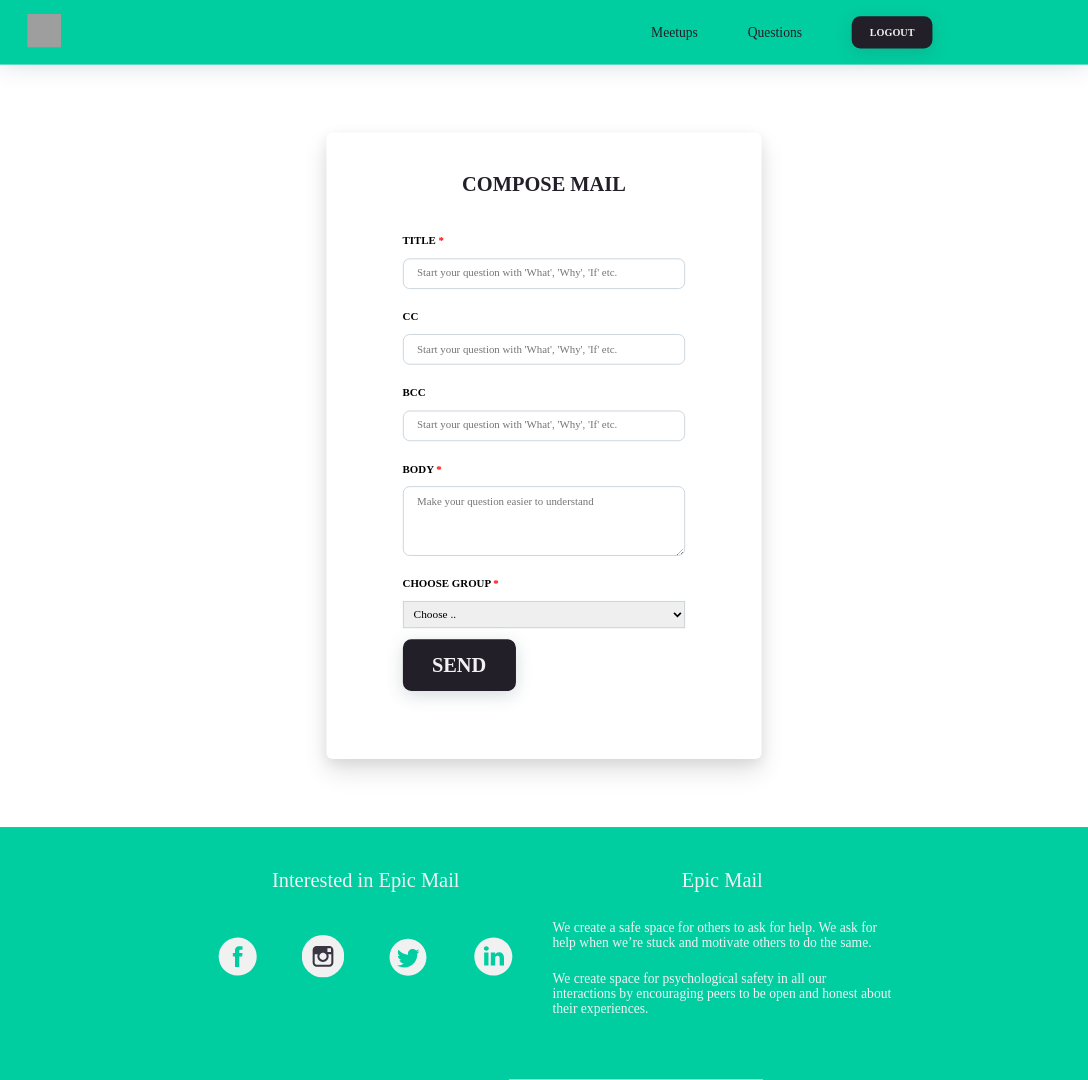
Repository: Gfreedoms/Epic-Mail
Page: pages/group-messages.html
The author's editor kept a copy of each file at every save. The page is drawn from the files as they stood at one save, then again after the next save.
The browser window is 1280 px wide. The pictures show the whole page, at 85% of full size.
Pictures or frames that could not be fetched are drawn as grey boxes. Some web fonts or font styles are not loaded; a fallback is used.

Above is the page before, as saved 2019-02-27 07:50:11.

### pages/group-messages.html
<!DOCTYPE html>
<html lang="en">

<head>
	<meta charset="UTF-8">
	<meta name="viewport" content="width=device-width, initial-scale=1.0">
	<meta http-equiv="X-UA-Compatible" content="ie=edge">
	<link rel="apple-touch-icon" sizes="180x180" href="../assets/favicon/apple-touch-icon.png">
	<link rel="icon" type="image/png" sizes="32x32" href="../assets/favicon/favicon-32x32.png">
	<link rel="icon" type="image/png" sizes="16x16" href="../assets/favicon/favicon-16x16.png">
	<link rel="manifest" href="../assets/favicon/site.webmanifest">
	<link rel="mask-icon" href="../assets/favicon/safari-pinned-tab.svg" color="#5bbad5">
	<meta name="msapplication-TileColor" content="#da532c">
	<meta name="theme-color" content="#ffffff">
	<link rel="stylesheet" href="../styles/base.css">
	<link rel="stylesheet" href="../styles/format.css">
	<title> Epic Mail- ANDELA BOOTCAMP</title>
</head>

<body>
	<!-- Navigation Section Starts -->
	<section id="navigation">
		<nav class="navbar">
			<a href="../" id="nav-brand">
				<img src="../assets/imgs/logo.svg" alt="">
			</a>
			<ul class="nav-menu">
				<li class="visibility"><a class="hover-t" href="./login.html">Login</a></li>
				<li><a class="hover-t" href="./meetup.html">Meetups</a></li>
				<li><a class="hover-t" href="./questions.html">Questions</a></li>
				<li><a class="reg-btn box-sh-dark hover-lg" href="../">Logout</a></li>
			</ul>
			<a id="menu" href="">
				<img src="../assets/imgs/menu.svg" alt="">
			</a>
		</nav>
	</section>
	<!-- Navigation Section Ends -->

	<!-- SideBar Nav -->
	<ul id="sidebar" class="navbar-side side-hidden">
		<li><a href="./meetup.html">Meetups</a></li>
		<li><a href="./questions.html">Questions</a></li>
		<li><a class="" href="../">Logout</a></li>
	</ul>
	<!-- End SideBar Nav -->
	<section class="container w-auto">
		<div id="q-wrapper" class="card mauto m4 p3">
			<form action="/" method="POST">
				<div class="container">
					<h3 class="md-text">Compose Mail</h3>
					<div class="m1 input">
						<label class="m1" for="name">Title <span class="is-danger">*</span></label>
						<input class="p1 b-rsm" type="text" name="title" placeholder="Start your question with 'What', 'Why', 'If' etc.">
                    </div>

                    <div class="m1 input">
                            <label class="m1" for="name">Cc </label>
                            <input class="p1 b-rsm" type="text" name="title" placeholder="Start your question with 'What', 'Why', 'If' etc.">
                    </div>

                    <div class="m1 input">
                            <label class="m1" for="name">Bcc </label>
                            <input class="p1 b-rsm" type="text" name="title" placeholder="Start your question with 'What', 'Why', 'If' etc.">
                    </div>


					<div class="m1 input">
						<label class="m1" for="name"> Body <span class="is-danger">*</span></label>
						<textarea class="p1 b-rsm" name="description" placeholder="Make your question easier to understand" rows="4" cols="50"></textarea>
                    </div>


					<div class="m1 input">
						<label class="m1" for="name">Choose Group <span class="is-danger">*</span></label>
						<select name="selected-meetup" id="meetup">
							<option value="#">Choose ..</option>
							<option value="#meetup-1">Work</option>
							<option value="#meetup-2">Bitcoin</option>
							<option value="#meetup-3">Manchester United</option>
							<option value="#meetup-4">Andela fun</option>
						</select>
					</div>
					<div class="m2 input">
						<a class="btn sm box-sh-dark" href="./groups.html">Send</a>
					</div>
				</div>
			</form>
		</div>
	</section>

	<footer class="bg-secondary">
		<div class="container">
			<div class="info-about">
				<h3 class="md-text">Interested in Epic Mail</h3>
				<div class="social-links">
					<a href="#!"><img src="../assets/imgs/icons/facebook.svg" alt=""></a>
					<a href="#!"><img src="../assets/imgs/icons/instagram.svg" alt=""></a>
					<a href="#!"><img src="../assets/imgs/icons/twitter.svg" alt=""></a>
					<a href="#!"><img src="../assets/imgs/icons/linkedin.svg" alt=""></a>
				</div>
			</div>
			<div class="additional-info">
				<h3 class="md-text">Epic Mail</h3>
				<p class="sm-text">
					We create a safe space for others to ask for help.
					We ask for help when we’re stuck and motivate others to do the same.
				</p>
				<p class="sm-text">
					We create space for psychological safety in all our interactions by encouraging peers to be open and honest about
					their experiences.
				</p>
			</div>
		</div>
	</footer>
	<script src="../scripts/index.js"></script>
</body>

</html>

### styles/base.css
@import url('./fonts.css');

* {
	margin: 0;
	padding: 0;
	box-sizing: border-box;
}

a {
	color: #221F28;
	text-decoration: none;
}

#navigation {
	z-index: 1;
	background: #00cea0;
	/* background: #F1F1F2; */
	width: 100%;
	height: auto;
	padding: 1rem 2rem;
	box-shadow: 0 0 30px rgba(7, 51, 84, .17);
	-webkit-box-shadow: 0 0 30px rgba(7, 51, 84, .17);
	-moz-box-shadow: 0 0 30px rgba(7, 51, 84, .17);
}

#nav-brand img {
    height: 40px;
    width: 40px;
}

.navbar {
	display: grid;
	grid-template-columns: 20% 40%;
	grid-gap: 30%;
	align-items: center;
}

.navbar-side {
	height: 100%;
	background: #F1F1F2;
	position: absolute;
	z-index: 9999;
	width: 350px;
	/* box-shadow: 9px -1px 29px 1px; */
	box-shadow: 13px 0px 22px -10px rgba(35, 31, 41, 0.44);
	padding: 20px;
	list-style-type: none;
}

.navbar-side li {
	padding: 20px 10px;
}

.navbar-side li:hover {
	background: #221F28;
	color: #F1F1F2;
}

.navbar-side li:hover>a {
	color: #F1F1F2;
}

.navbar-side a {
	font-family: 'Circular-Book';
}

.navbar-side a:hover {
	color: #F1F1F2;
}

.side-hidden {
	margin-left: -390px;
	transition: all 0.3s ease-out;
}

.side-active {
	margin-left: 0px;
	transition: all 0.3s ease-in;
}

.nav-menu {
	list-style-type: none;
	display: flex;
	align-items: center;
}

.nav-menu li {
	justify-content: center;
	flex: auto;
	display: flex;
}

.nav-menu a {
	text-decoration: none;
}

.reg-btn {
	background: #221F28;
	color: #F1F1F2;
	padding: 0.8rem 1.2rem;
	line-height: 9px;
	font-weight: 600;
	text-transform: uppercase;
	font-size: 12px;
	border-radius: 10px;
	-webkit-border-radius: 10px;
	-moz-border-radius: 10px;
	display: block;
	transition: all .5s ease;
	-webkit-transition: all .5s ease;
	-moz-transition: all .5s ease;
	border: 2px solid #221F28;
}

.btn {
	background: #221F28;
	color: #F1F1F2;
	padding: 1.5rem 1rem;
	line-height: 9px;
	font-weight: 600;
	text-transform: uppercase;
	font-size: 1.5rem;
	border-radius: 10px;
	-webkit-border-radius: 10px;
	-moz-border-radius: 10px;
	display: block;
	transition: all .5s ease;
	-webkit-transition: all .5s ease;
	-moz-transition: all .5s ease;
	border: 2px solid #221F28;
	text-align: center;
}

.cta-btn {
	background: #F1F1F2;
	color: #221F28;
	font-family: 'Circular-Bold';
	margin: 2rem 0;
	padding: 0.8rem 1.2rem;
	line-height: 2rem;
	font-size: 2rem;
	font-weight: 600;
	text-transform: uppercase;
	font-size: 1rem;
	border-radius: 10px;
	-webkit-border-radius: 10px;
	-moz-border-radius: 10px;
	transition: all .5s ease;
	-webkit-transition: all .5s ease;
	-moz-transition: all .5s ease;
	border: 2px solid #F1F1F2;
}

.btn.sm {
	width: 40%
}

.box-sh-dark {
	-webkit-box-shadow: 0 5px 20px rgba(51, 73, 90, .2);
	box-shadow: 0 5px 20px rgba(51, 73, 90, .2);
}

#section-hero {
	padding-top: 130px;
	padding-bottom: 130px;
	background-color: #393541;
	background-image: url("data:[embedded picture, 478 characters]");
	background-attachment: fixed;
	background-size: cover;
	background-repeat: no-repeat;
	background-position: 50%;
	min-height: 600px;
	position: relative;
	width: 100%;
	display: flex;
	align-items: CENTER;
}

/* @media screen and (max-width:1680px) {} */

@media screen and (min-width: 1680px) {
	.rsvp span {
		padding: 1rem 1.4rem !important;
		color: white !important;
		border-radius: 6px !important;
		cursor: pointer !important;
	}

	.nav-menu a.hover-t {
		font-size: 1.7rem !important;
	}

	.meetups span {
		font-size: 1.4rem !important;
	}

	.m1 {
		margin-top: 3rem !important;
		margin-bottom: 0.6rem !important;
	}

	#section-hero {
		background-position: 50%;
	}

	.nav-menu a.hover-t {
		font-size: 1.3rem;
	}

	.nav-menu a {
		text-decoration: none;
		font-size: 1.1rem;
	}

	.reg-btn {
		padding: 1.5rem 1.6rem 1.5rem;
	}

	.bg-text {
		font-size: 4rem !important;
	}

	.md-text {
		font-size: 2.2rem !important;
		margin-bottom: 1rem !important;
	}

	.sm-text {
		font-size: 1.5rem !important;
	}
}

.container {
	width: 75%;
	margin: 0 auto;
}

.w-sm {
	width: 80% !important;
}

.w-md {
	width: 60% !important;
}

.w-lg {
	width: 40% !important;
}

.hero-text {
	height: 100%;
}

.bg-text,
.md-text,
.sm-text {
	color: #F1F1F2;
}

.bg-text {
	margin-bottom: 1.5rem;
	font-family: 'Circular-Bold';
	font-weight: 700;
	font-size: 3rem;
}

.md-text {
	margin-bottom: 2rem;
	font-family: 'Circular-Book';
	font-weight: 400;
	font-size: 1.5rem;
}

.sm-text {
	margin-bottom: 1.5rem;
	font-family: 'Circular-Light';
	font-weight: 400;
	font-size: 1rem;
}

.info-section,
.info-platform,
.info-expl {
	padding: 3rem 0;
	min-height: 50%;
}

.info-section,
.info-expl {
	background: #F1F1F2;
}

.info-platform {
	background: #C5CFD9;
}

.info-section .container,
.info-platform .container,
.info-expl .container {
	display: grid;
	grid-template-columns: 1fr 1fr;
	/* padding: 50px; */
}

.side {
	margin-top: 2rem;
	margin-bottom: 2rem;
	position: relative;
}

.info-section p,
.info-section h3,
.info-platform p,
.info-platform h3,
.info-expl p,
.info-expl h3 {
	color: #221F28;
}

.bg-primary {
	background: #221F28;
}

.bg-secondary {
	background: #00cea0;
}

.info-desc {
	flex: 1;
	align-items: center;
	display: flex;
	flex-direction: column;
	justify-content: center;
}

.info-action {
	text-align: center;
}

.card {
	border-radius: .45rem;
	background: #ffffff;
	box-shadow: 0 15px 30px 0 rgba(0, 0, 0, .11), 0 5px 15px 0 rgba(0, 0, 0, .08);
}

.card-lg {
	border-radius: .25rem;
	background: #ffffff;
	box-shadow: 0 15px 30px 0 rgba(0, 0, 0, .11), 0 5px 15px 0 rgba(0, 0, 0, .08);
}

.mauto {
	margin-left: auto;
	margin-right: auto;
}

.m4 {
	margin-top: 5rem;
	margin-bottom: 5rem;
}

.m3 {
	margin-top: 3rem;
	margin-bottom: 3rem;
}

.m2 {
	margin-top: 2rem;
	margin-bottom: 2rem;
}

.m1 {
	margin-top: 0.6rem;
	margin-bottom: 0.6rem;
}

.p4 {
	padding-top: 5rem;
	padding-bottom: 5rem;
}

.p3 {
	padding-top: 3rem;
	padding-bottom: 3rem;
}

.p2 {
	padding-top: 2rem;
	padding-bottom: 2rem;
}

.p1 {
	padding-top: 0.6rem;
	padding-bottom: 0.6rem;
}

.t-al {
	text-align: center !important;
}

form label {
	font-weight: 600;
	text-transform: uppercase;
	font-size: 0.8rem;
	font-family: 'Circular-Book';
}

form .reg-btn {
	text-align: center;
}

#login-form {
	width: 350px;
}

#login-form h3,
#q-wrapper h3 {
	color: #221F28;
	text-transform: uppercase;
	font-weight: 800;
	text-align: center;
	/* border-bottom: 4px solid #221F28; */
}

.input {
	display: grid;
	grid-template-columns: 1fr;
	margin-top: 10px;
}

.input input {
	padding-left: 1rem;
	padding-right: 1rem;
	font-family: 'Circular-Light';
	font-size: 0.8rem;
	border: 1px solid #C5CFD9;
	background: #ffffff;
}

.input textarea {
	padding-left: 1rem;
	padding-right: 1rem;
	font-family: 'Circular-Light';
	font-size: 0.8rem;
	border: 1px solid #C5CFD9;
	background: #ffffff;
}

.input select {
	border: 1px solid #C5CFD9;
	padding: 0.4rem 0.5rem;
	height: 2rem;
}

.b-rsm {
	border-radius: 8px;
}

#menu {
	display: none;
}

#menu img {
	height: 30px;
}

img {
	height: 15rem;
	width: auto;
}

footer {
	padding: 50px 10px;
}

footer .container {
	display: grid;
	grid-template-columns: 1fr 1fr;
	/* margin-bottom: 50px; */
	grid-gap: 20px;
}

footer h3 {
	/* padding-bottom: 1rem; */
	/* border-bottom: 4px solid #F1F1F2; */
	text-align: center;
}

.social-links {
	display: grid;
	grid-template-columns: 1fr 1fr 1fr 1fr;
	margin-top: 50px;
}

.social-links img {
	height: 50px;
}

.social-links a {
	text-align: center;
}

.info-about h3 {
	margin-bottom: 0 !important;
}

.b-danger {
	background: #F01D43 !important;
}

.b-mild {
	background: #80808094 !important;
	color: #ffffff !important;
}

.b-success {
	background: #00cea0 !important;
}

.b-wicked {
	background: #ff003b !important;
}

/*
.b-wicked {
	background: #6a1b9a !important;
} */

.header {
	display: grid;
	grid-template-columns: 1fr 1fr;
	align-items: center;
}

.hover-t:hover {
	color: purple;
}

.hover-lg:hover {
	cursor: pointer;
	transform: scale(1.009, 1.009);
	-webkit-box-shadow: 2px 2px 20px 0px rgba(128, 128, 128, 0.74);
	-moz-box-shadow: 2px 2px 20px 0px rgba(128, 128, 128, 0.74);
	box-shadow: 2px 2px 20px 0px rgba(128, 128, 128, 0.74);
	transition: all 0.8s cubic-bezier(0.165, 0.84, 0.44, 1);
}

.visibility {
	visibility: hidden;
}

/* MEDIA QUERIES */
@media all and (max-width: 850px) {
	.navbar {
		grid-template-columns: 20% 60%;
		grid-gap: 20%;
	}
}

@media all and (max-width: 850px) {
	.nav-menu {
		display: none;
	}

	#menu {
		display: block;
		text-align: right;
	}
}

@media all and (max-width: 1050px) {
	.navbar {
		grid-template-columns: 20% 60%;
		grid-gap: 20%;
	}
}

@media all and (max-width: 350px) {
	img {
		height: 12rem;
		width: auto;
	}

	.social-links img {
		height: 40px;
	}
}

@media all and (max-width: 670px) {
	.social-links {
		margin-top: 25px;
	}

	.info-about {
		margin-bottom: 25px;
	}

	.nav-menu {
		flex-wrap: wrap;
	}

	.nav-menu>li {
		flex-basis: 50%;
	}

	.info-section .container,
	.info-platform .container,
	.info-expl .container {
		grid-template-columns: 1fr;
	}

	footer .container {
		grid-template-columns: 1fr;
		grid-gap: 10px;
	}
}

@media all and (max-width: 400px) {
	.nav-menu>li {
		flex-basis: 100%;
	}

	.intro a {
		width: 100% !important;
	}

	.btn {
		background: #221F28;
		color: #F1F1F2;
		padding: 0.8rem 1rem;
		line-height: 9px;
		font-weight: 600;
		text-transform: uppercase;
		font-size: 1rem;
		border-radius: 10px;
	}
}

@media all and (min-width: 576px) {
	.hide-lg {
		display: none !important;
	}
}

@media all and (max-width: 576px) {
	.hide-sm {
		display: none !important;
	}
}

@media all and (max-width: 450px) {
	.container {
		width: 80%;
	}

	#login-form {
		width: auto;
	}
}

@media all and (max-width: 400px) {
	.hero-text {
		top: 40%;
		width: 70%;
		left: 10%;
	}

	.md-text {
		font-family: 'Circular-Book';
		margin-bottom: 1rem;
		font-weight: 100;
		font-size: 1.2rem;
	}

	form label {
		font-family: 'Circular-Light';
	}

	.f-bold {
		font-family: 'Circular-Book' !important;
	}

	.bg-text {
		margin-bottom: 1.3rem;
		font-family: 'Circular-Book';
		font-weight: 400;
		font-size: 2rem;
	}

	.cta-btn {
		font-size: 0.7rem;
		padding: 0.4rem 1rem;
	}
}

@media (min-width: 576px) {
	.w-auto {
		width: 75% !important;
	}

	.container {
		width: 85%;
	}
}

@media (min-width: 768px) {
	.w-auto {
		width: 40% !important;
	}

	.container {
		width: 85%;
	}
}

@media (min-width: 992px) {
	.w-auto {
		width: 35% !important;
	}

	.container {
		width: 70%;
	}
}

@media (min-width: 1200px) {
	.w-auto {
		width: 40% !important;
	}

	.container {
		width: 65%;
	}
}

/* END MEDIA QUERIES */

### styles/format.css
.is-danger {
	color: red;
}

.divider {
	height: 0.2rem;
	background: #221F28;
	opacity: 0.1;
	margin: 1rem auto;
	width: 100%;
}

table {
	width: 750px;
	border-collapse: collapse;
	margin: 50px auto;
}

/* Zebra striping */
tr:nth-of-type(odd) {
	background: #eee;
}

th {
	background: #221F28;
	color: white;
	font-weight: bold;
}

td,
th {
	padding: 10px;
	border: 1px solid #ccc;
	text-align: left;
	font-size: 18px;
}

@media only screen and (max-width: 760px),
(min-device-width: 768px) and (max-device-width: 1024px) {

	table {
		width: 100%;
	}

	/* Force table to not be like tables anymore */
	table,
	thead,
	tbody,
	th,
	td,
	tr {
		display: block;
	}

	thead tr {
		position: absolute;
		top: -9999px;
		left: -9999px;
	}

	tr {
		border: 1px solid #ccc;
	}

	td {
		border: none;
		border-bottom: 1px solid #eee;
		position: relative;
		padding-left: 50%;
	}

	td:before {
		position: absolute;
		/* Top/left values mimic padding */
		top: 6px;
		left: 6px;
		width: 45%;
		padding-right: 10px;
		white-space: nowrap;
		/* Label the data */
		content: attr(data-column);

		color: #000;
		font-weight: bold;
	}

	tbody tr {
		padding: 1rem;
	}
}

.m1 {
	margin-top: 0.8rem !important;
	margin-bottom: 0.8rem !important;
}

.pagination {
	text-align: center;
	margin: 2rem auto;
}

.pagination span {
	padding: 10px;
	border-radius: 2px;
	font-family: 'Circular-Book';
	font-weight: 600;
	font-size: 1rem;
	margin: 0 5px;
}

@media screen and (min-width: 1680px) {
	.reg-btn {
		padding: 1.5rem 1.6rem 1.5rem;
		font-size: 1rem;
	}

	.input {
		margin-top: 2rem;
	}

	.nav-menu a.hover-t {
		font-size: 1.4rem !important;
	}
}

### scripts/index.js
(function () {
  function togggleSidebar(e) {
    e.preventDefault();
    const sideBar = document.getElementById('sidebar');
    sideBar.classList.toggle('side-active');
    sideBar.classList.toggle('side-hidden');
  }
  const menu = document.getElementById('menu');
  menu.addEventListener('click', togggleSidebar, false);
}());

### styles/fonts.css
@font-face {
	font-family: "Circular-Light";
	src:
		url("../assets/fonts/Circular-Light.woff") format("woff");
}
@font-face {
	font-family: "Circular-Book";
	src:
		url("../assets/fonts/Circular-Book.woff") format("woff");
}
@font-face {
	font-family: "Circular-Bold";
	src:
		url("../assets/fonts/Circular-Bold.woff") format("woff");
}

* {
	font-family: 'Circular-Light';
}

After the next save:
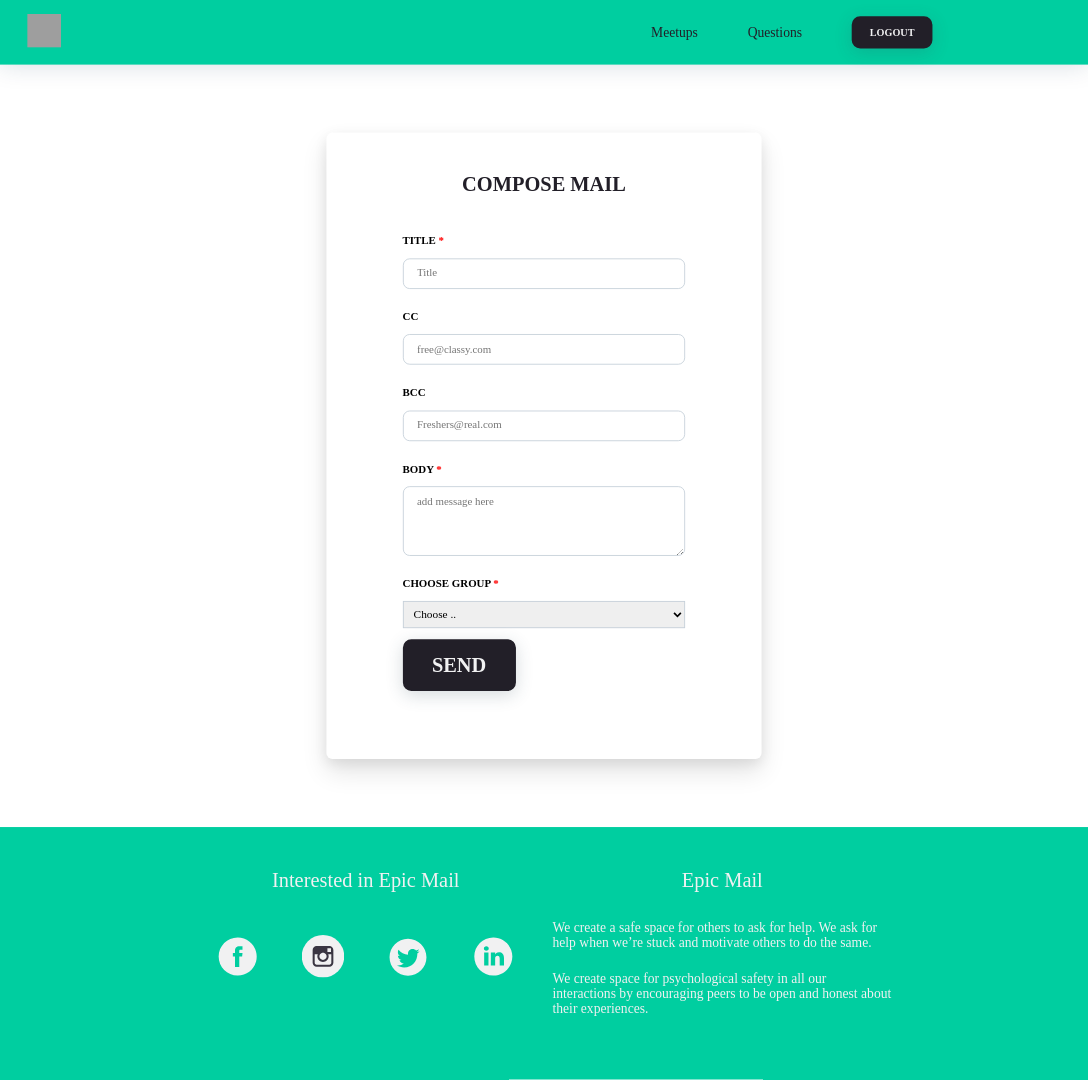
Saved 5 min 57 s later.
--- a/pages/group-messages.html
+++ b/pages/group-messages.html
@@ -51,23 +51,23 @@
 					<h3 class="md-text">Compose Mail</h3>
 					<div class="m1 input">
 						<label class="m1" for="name">Title <span class="is-danger">*</span></label>
-						<input class="p1 b-rsm" type="text" name="title" placeholder="Start your question with 'What', 'Why', 'If' etc.">
+						<input class="p1 b-rsm" type="text" name="title" placeholder="Title">
                     </div>
 
                     <div class="m1 input">
                             <label class="m1" for="name">Cc </label>
-                            <input class="p1 b-rsm" type="text" name="title" placeholder="Start your question with 'What', 'Why', 'If' etc.">
+                            <input class="p1 b-rsm" type="text" name="title" placeholder="free@classy.com" etc.">
                     </div>
 
                     <div class="m1 input">
                             <label class="m1" for="name">Bcc </label>
-                            <input class="p1 b-rsm" type="text" name="title" placeholder="Start your question with 'What', 'Why', 'If' etc.">
+                            <input class="p1 b-rsm" type="text" name="title" placeholder="Freshers@real.com">
                     </div>
 
 
 					<div class="m1 input">
 						<label class="m1" for="name"> Body <span class="is-danger">*</span></label>
-						<textarea class="p1 b-rsm" name="description" placeholder="Make your question easier to understand" rows="4" cols="50"></textarea>
+						<textarea class="p1 b-rsm" name="description" placeholder="add message here" rows="4" cols="50"></textarea>
                     </div>
 
 
